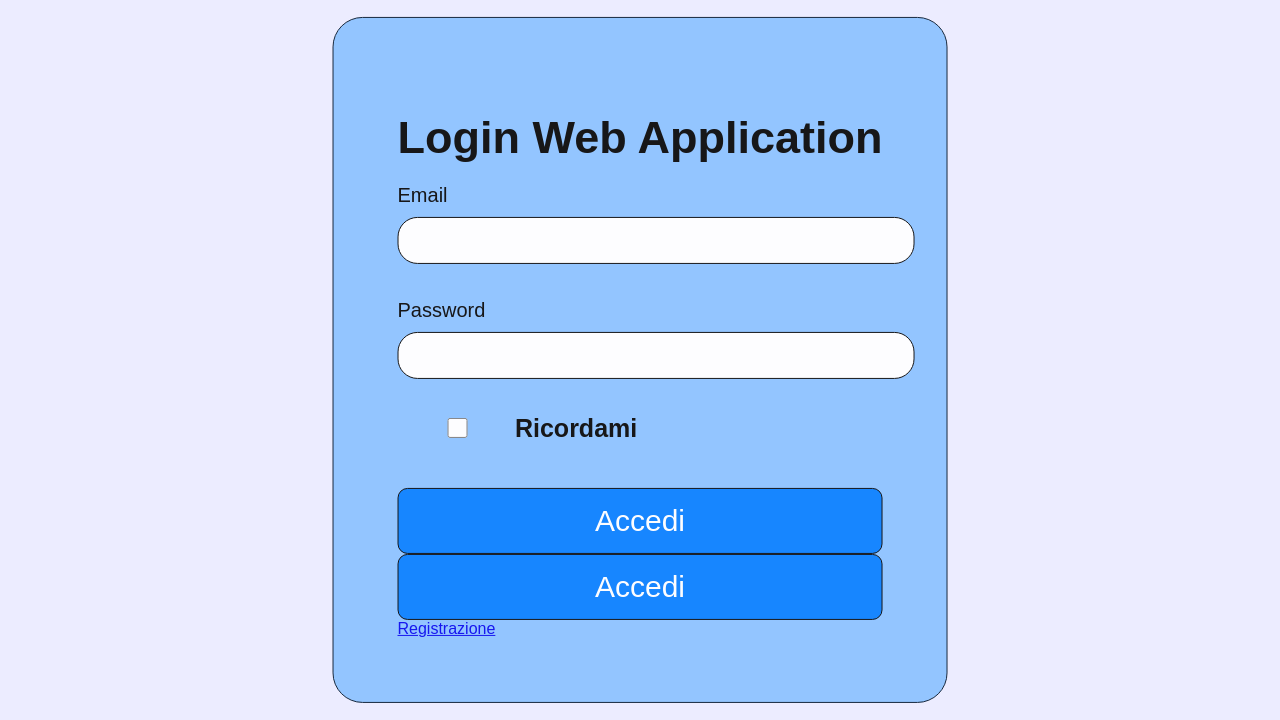
Repository: GabrielCellammare/WebApplication-SA-CyberSecurity
Page: http://localhost/WebProject-CellammareGabriel_ApplicationSecurity_/login.jsp
An editor plug-in stored every save of this project. The page is shown before and after the next save, followed by the edit.
The browser window is 1280 px wide. The pictures show the whole page.
The page is served by Tomcat 9. Nobody is signed in. The application's start-up code is not run. Other server files are loaded and not shown.

Above is the page before, as saved 2024-03-09 07:40:12.

### WebProject-CellammareGabriel(ApplicationSecurity)/WebContent/login.jsp
<%@ page language="java" contentType="text/html; charset=UTF-8"
    pageEncoding="UTF-8"%>
<!DOCTYPE html>
<html>
    <head>
        <title>Login Web Application</title>
        <style>
         	<%@include file="/WEB-INF/css/styleLogin.css"%>
         </style>
    </head>
    <body>
        <div class="container">
            <h1>Login Web Application</h1>
            <form action="login.do" method="post">
                <div class="field">
                    <label for="email">Email</label>
                    <input type="email" name="email" id="email" required>
                </div>
                <div class="field">
                    <label for="password">Password</label>
                    <input type="password" name="password" id="password" required>
                </div>
                <div class="field">
                    <input type="checkbox" name="remember" id="remember">
                    <label for="remember">Ricordami</label>
                </div>
                <input type="submit" value="Accedi">
                <input type="submit" value="Accedi">
                <a href="userNotLogged/index.jsp.jsp" class="btn btn-secondary">Registrazione</a>
            </form>
        </div>
    </body>
</html>

### WebProject-CellammareGabriel(ApplicationSecurity)/WebContent/WEB-INF/css/styleLogin.css
body {
	font-family: sans-serif;
	background-color: #ececff;
}

.container {
	margin: 0 auto;
	max-width: 80vw;
  	padding: 5vw;;
	background-color: #8ac1ff;
	opacity: 0.9;
	border-radius: 30px;
	border: 1px solid #001328;
	position: absolute;
	top: 50%;
	left: 50%;
	transform: translate(-50%, -50%);
}

h1 {
	text-align: center;
	font-size: 45px;
	font-weight: bold;
	margin-bottom: 20px;
}

p {
	text-align: center;
	font-size: 30px;
	margin-bottom: 20px;
}

.field {
	margin-bottom: 35px;
}

label {
	display: block;
	margin-bottom: 10px;
	font-size: 20px;

}

label[for="remember"]{
	display:inline-block;
	vertical-align:middle;
	font-weight: bold;
	font-size:25px;

}

input {
	width: 100%;
	padding: 15px;
	border: 1px solid black;
	border-radius: 20px;
}

input[type="checkbox"] {
  width: 100px;
  height: 20px;
  margin-left: 10px;
}

.remember-checkbox {
  float: none;
  display: inline-block;
  margin-left: 5px;


}

input[type="submit"] {
	background-color: #007bff;
	color: #fff;
	border: 1px solid black;
	border-radius: 10px;
	cursor: pointer;
	font-size: 30px;
}

After the next save:
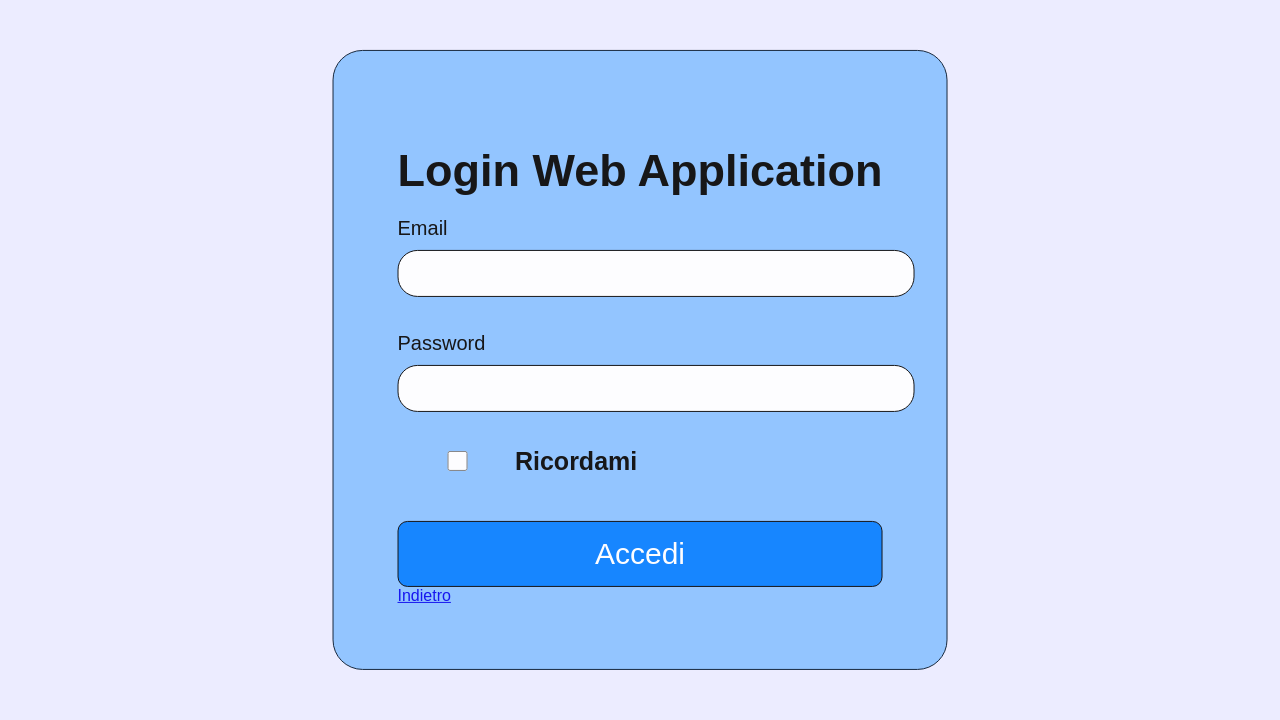
Saved 9 s later.
--- a/WebProject-CellammareGabriel(ApplicationSecurity)/WebContent/login.jsp
+++ b/WebProject-CellammareGabriel(ApplicationSecurity)/WebContent/login.jsp
@@ -25,8 +25,7 @@
                     <label for="remember">Ricordami</label>
                 </div>
                 <input type="submit" value="Accedi">
-                <input type="submit" value="Accedi">
-                <a href="userNotLogged/index.jsp.jsp" class="btn btn-secondary">Registrazione</a>
+                <a href="userNotLogged/index.jsp" class="btn btn-secondary">Indietro</a>
             </form>
         </div>
     </body>
